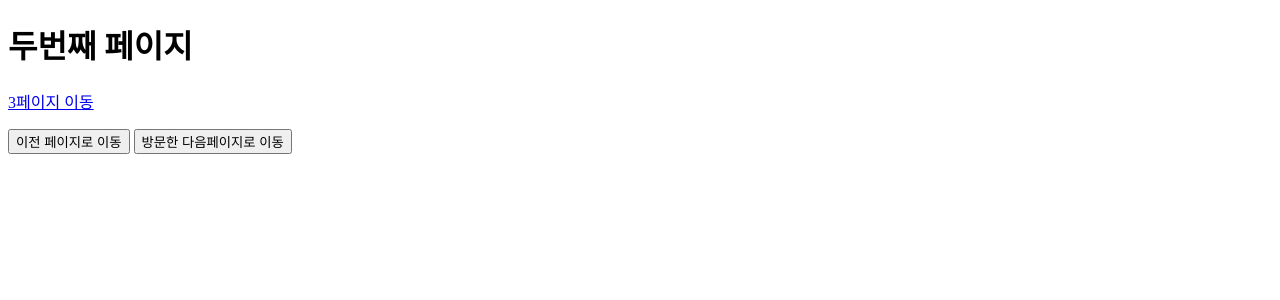
Repository: reddrinkbro/JSPStudy
Page: javascript/WebContent/4객체/his_obp2.html
These files come from the project's save history. The page is drawn as it stood at one moment and after the next save; the edit follows.
The browser window is 1280 px wide. The pictures show the whole page.

Above is the page before, as saved 2020-04-09 07:47:04.

After the next save:
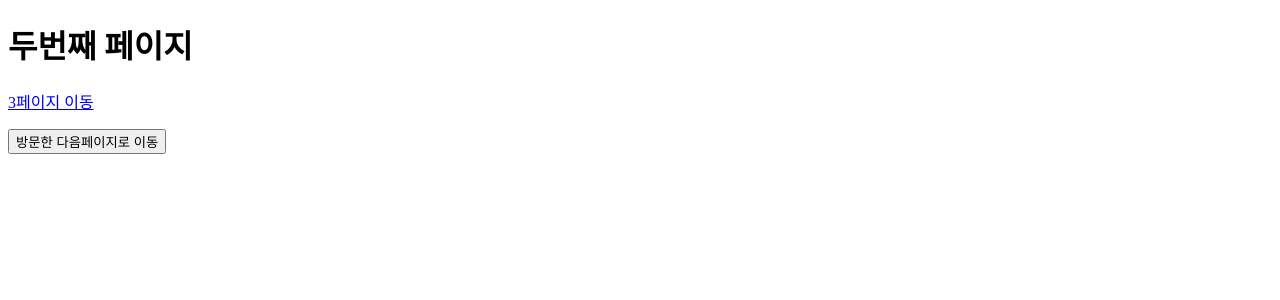
Saved 4 min 3 s later.
--- a/javascript/WebContent/4객체/his_obp2.html
+++ b/javascript/WebContent/4객체/his_obp2.html
@@ -3,6 +3,16 @@
 <head>
 <meta charset="EUC-KR">
 <title>Insert title here</title>
+
+	<style type="text/css">
+		/* #-> HTML태그중.. id 속성값이
+		   #prevBtn-> id속성값이 prevBtn 인 <button>요소를 선택해서 가져와서~
+		   			  css문법을 통해서 화면을 조작한다
+		  */
+		#prevBtn{
+			display:none;
+		}
+	</style>
 </head>
 <body>
 <h1>두번째 페이지</h1>
